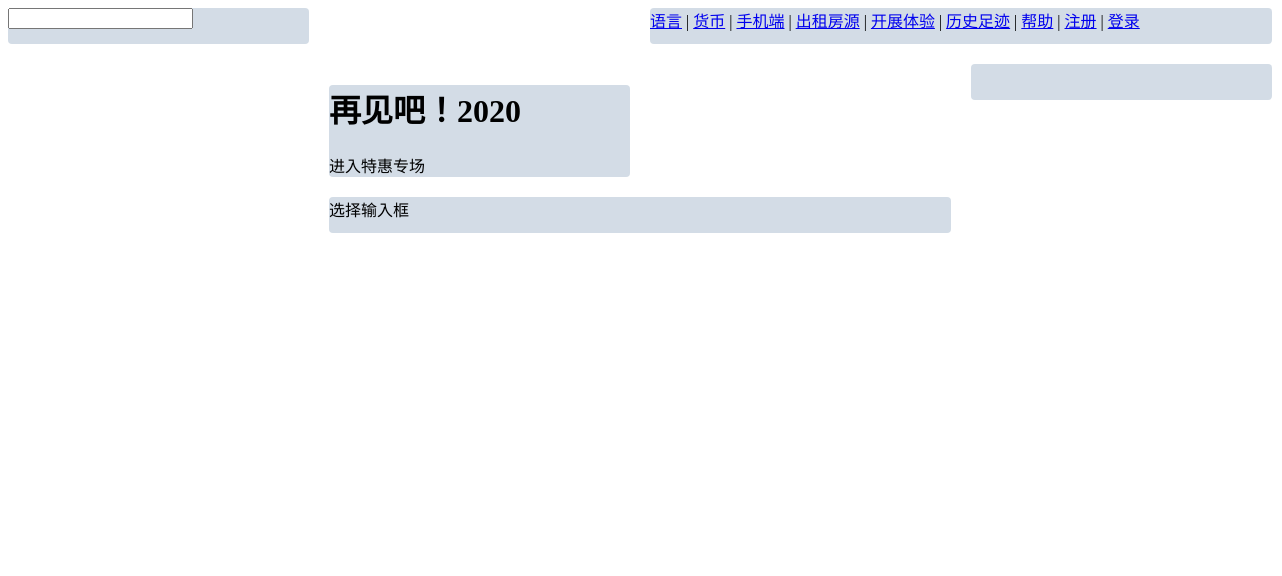
Repository: yz1181214391/my-airbnb
Page: /
An editor plug-in stored every save of this project. The page is shown before and after a run of saves, followed by the edit.
The browser window is 1280 px wide. The page is 1282 px wide, so the pictures cover 1282 px, including what lies to the right of the window. The pictures show the whole page.
The project was rebuilt for these pictures with package versions that can differ from the ones it lists, and the page was loaded fresh each time. Also part of the build but not shown: src/components/Banner.vue, src/views/Language.vue, src/views/Currency.vue, src/views/Enter.vue, src/views/Experience.vue, src/views/Help.vue, src/views/History.vue, src/views/Mobile.vue and 2 more.

Above is the page before, as saved 2020-12-09 13:38:07.

### src/App.vue
<template>
  <div id="app">
    <div class="app-header">
      <Header/>
      <!-- <Banner/>  -->
    </div>

  </div>

</template>

<script>
import Banner from './components/Banner'
import Header from './components/Header'

export default {
   name: 'app',
  components:{
    Banner,
    Header
  }
}
</script>


<style lang="less">
// #app {
//   font-family: Avenir, Helvetica, Arial, sans-serif;
//   -webkit-font-smoothing: antialiased;
//   -moz-osx-font-smoothing: grayscale;
//   text-align: center;
//   color: #2c3e50;
// }


.el-row {
    margin-bottom: 20px;
    &:last-child {
      margin-bottom: 0;
    }
  }
  .el-col {
    border-radius: 4px;
  }
  .bg-purple-dark {
    background: #99a9bf;
  }
  .bg-purple {
    background: #d3dce6;
  }
  .bg-purple-light {
    background: #e5e9f2;
  }
  .grid-content {
    border-radius: 4px;
    min-height: 36px;
  }
  .row-bg {
    padding: 10px 0;
    background-color: #f9fafc;
  }


.log-img{
  width: 30px;
  height: 30px;
}

#nav {
  padding: 30px;

  a {
    font-weight: bold;
    color: #2c3e50;

    &.router-link-exact-active {
      color: #42b983;
    }
  }
}
</style>

### src/router/index.js
import Vue from 'vue'
import VueRouter from 'vue-router'

import Language from '../views/Language.vue'
import Currency from '../views/Currency.vue'
import Enter from '../views/Enter.vue'
import Experience from '../views/Experience.vue'
import Help from '../views/Help.vue'
import History from '../views/History.vue'
import Mobile from '../views/Mobile.vue'
import Register from '../views/Register.vue'
import Room from '../views/Room.vue'



Vue.use(VueRouter)

const routes = [
  // {
  //   path: '/',
  //   name: 'Language',
  //   component: Language
  // },
  // {
  //   path: '/Currency',
  //   name: 'Currency',
  //   // route level code-splitting
  //   // this generates a separate chunk (about.[hash].js) for this route
  //   // which is lazy-loaded when the route is visited.
  //   component: () => import(/* webpackChunkName: "about" */ '../views/Currency.vue')
  // }
  { path : '/Language', component : Language},
  { path : '/Currency', component : Currency},
  { path : '/Enter', component : Enter},
  { path : '/Experience', component : Experience},
  { path : '/Help', component : Help},
  { path : '/History', component : History},
  { path : '/Mobile', component : Mobile},
  { path : '/Register', component : Register},
  { path : '/Room', component : Room},
]

const router = new VueRouter({
  mode: 'history',
  base: process.env.BASE_URL,
  routes
})

export default router

### src/components/Header.vue
<template>
    <div class="airbnb-box">
      <el-row :gutter="20">
        <el-col :span="6">
          <div class="grid-content bg-purple">
            <!-- <a href="###"><img class="log-img" src="./assets/img/012-zhandian.png" alt=""></a> -->
            <input type="text" >
          </div>
        </el-col>
        <el-col :span="12" :offset="6">
          <div class="grid-content bg-purple">
            <!-- 导航栏 -->
            <router-link to="/Language">语言</router-link> |
            <router-link to="/Currency">货币</router-link> |
            <router-link to="/Mobile">手机端</router-link> |
            <router-link to="/Room">出租房源</router-link> |
            <router-link to="/Experience">开展体验</router-link> |
            <router-link to="/History">历史足迹</router-link> |
            <router-link to="/Help">帮助</router-link> |
            <router-link to="/Register">注册</router-link> |
            <router-link to="/Enter">登录</router-link>
          </div>
        </el-col>
      </el-row>
      <el-row :gutter="20">
        <el-col :span="6" :offset="6">
          <div class="grid-content bg-purple">
            <h1>再见吧！2020</h1>
            <div>进入特惠专场</div>
          </div>
        </el-col>
        <el-col :span="6" :offset="6"><div class="grid-content bg-purple"></div></el-col>
      </el-row>
      <el-row :gutter="20">
        <el-col :span="12" :offset="6">
          <div class="grid-content bg-purple">
            选择输入框
          </div>
        </el-col>
      </el-row>
    </div>
</template>

<script>
// import Banner from './components/Banner'
// export default {
//    name: 'app',
//   components:{
//     Banner
//   }
// }
</script>


<style lang="less">
.el-row {
    margin-bottom: 20px;
    &:last-child {
      margin-bottom: 0;
    }
  }
  .el-col {
    border-radius: 4px;
  }
  .bg-purple-dark {
    background: #99a9bf;
  }
  .bg-purple {
    background: #d3dce6;
  }
  .bg-purple-light {
    background: #e5e9f2;
  }
  .grid-content {
    border-radius: 4px;
    min-height: 36px;
  }
  .row-bg {
    padding: 10px 0;
    background-color: #f9fafc;
  }


.log-img{
  width: 30px;
  height: 30px;
}
</style>

Loaded but not shown: public/index.html (common file); src/main.js (common file); src/store/index.js (common file)

After the next 2 saves:
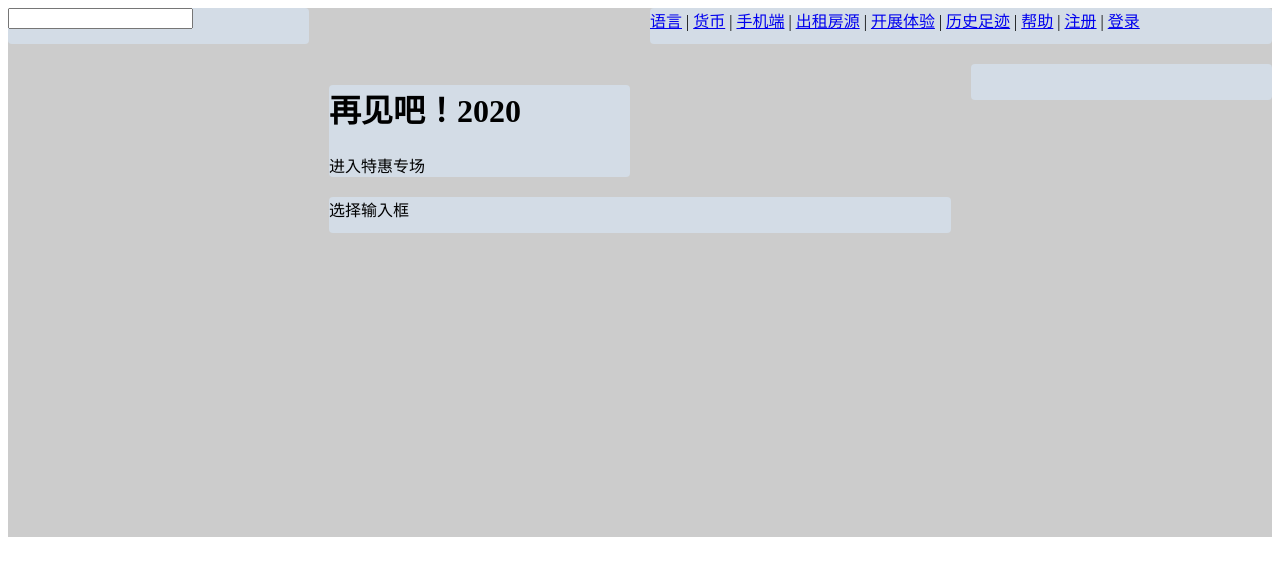
The 2 saves are shown as one change because 1 did not build or start.
The last was saved 2 min 51 s later.
--- a/src/App.vue
+++ b/src/App.vue
@@ -24,58 +24,9 @@
 
 
 <style lang="less">
-// #app {
-//   font-family: Avenir, Helvetica, Arial, sans-serif;
-//   -webkit-font-smoothing: antialiased;
-//   -moz-osx-font-smoothing: grayscale;
-//   text-align: center;
-//   color: #2c3e50;
-// }
-
-
-.el-row {
-    margin-bottom: 20px;
-    &:last-child {
-      margin-bottom: 0;
-    }
+  .app-header{
+    width: 100%;
+    height: 529px;
+    background-color: #cccccc;
   }
-  .el-col {
-    border-radius: 4px;
-  }
-  .bg-purple-dark {
-    background: #99a9bf;
-  }
-  .bg-purple {
-    background: #d3dce6;
-  }
-  .bg-purple-light {
-    background: #e5e9f2;
-  }
-  .grid-content {
-    border-radius: 4px;
-    min-height: 36px;
-  }
-  .row-bg {
-    padding: 10px 0;
-    background-color: #f9fafc;
-  }
-
-
-.log-img{
-  width: 30px;
-  height: 30px;
-}
-
-#nav {
-  padding: 30px;
-
-  a {
-    font-weight: bold;
-    color: #2c3e50;
-
-    &.router-link-exact-active {
-      color: #42b983;
-    }
-  }
-}
 </style>

After the 3 saves that followed:
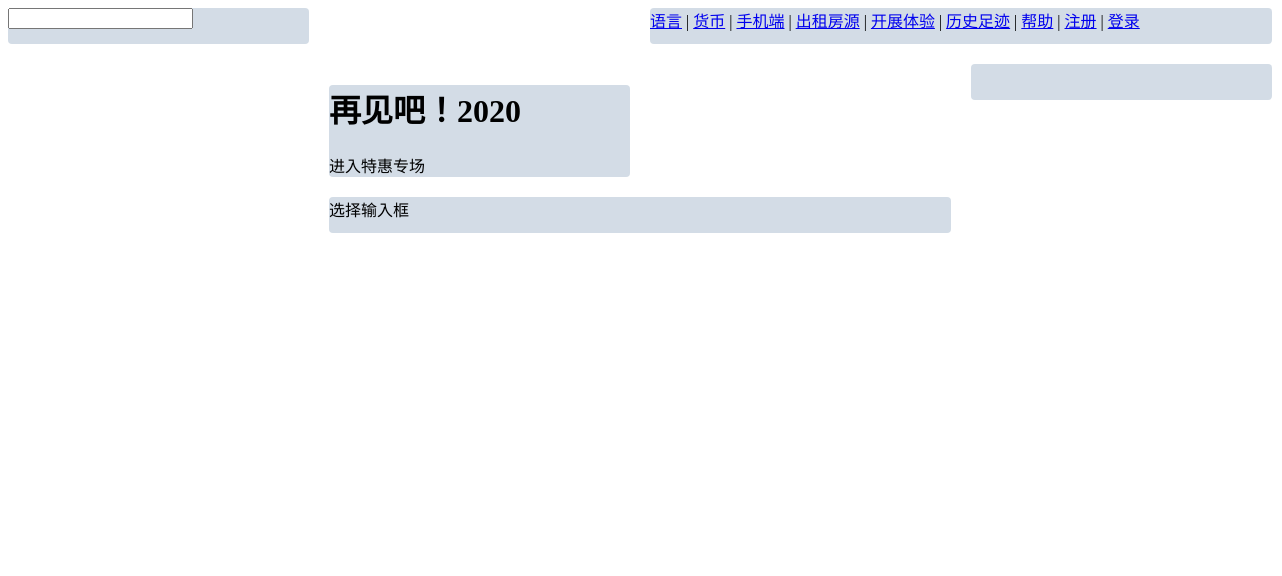
The 3 saves are shown as one change because 2 left the picture as it was.
The last was saved 117 s later.
--- a/src/App.vue
+++ b/src/App.vue
@@ -24,9 +24,12 @@
 
 
 <style lang="less">
-  .app-header{
-    width: 100%;
-    height: 529px;
-    background-color: #cccccc;
-  }
+// #app {
+//   font-family: Avenir, Helvetica, Arial, sans-serif;
+//   -webkit-font-smoothing: antialiased;
+//   -moz-osx-font-smoothing: grayscale;
+//   text-align: center;
+//   color: #2c3e50;
+// }
+
 </style>
